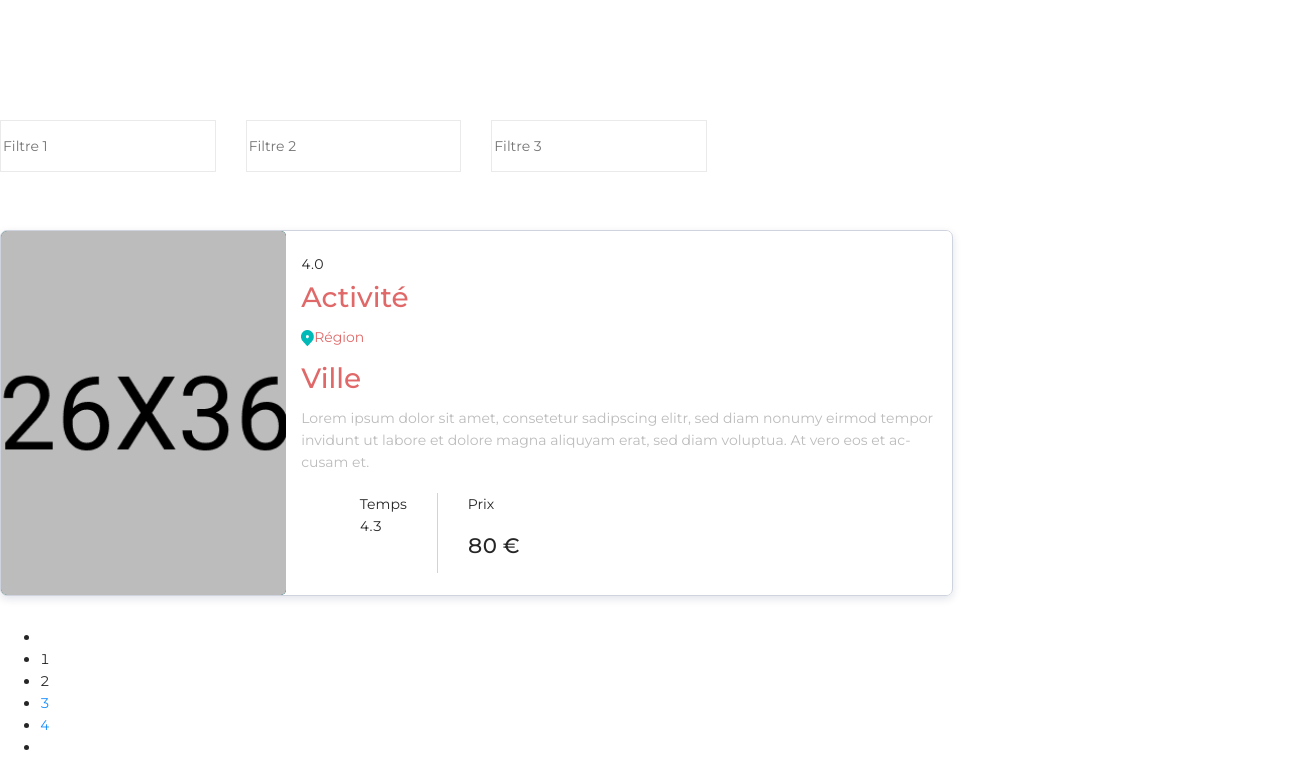
Repository: Emerson1220/projet-neofeel-lacapsule
Page: /roadPlanner (app in reactapp/)
An editor plug-in stored every save of this project. The page is shown before and after the next save, followed by the edit.
The browser window is 1280 px wide. The page is 1295 px wide, so the pictures cover 1295 px, including what lies to the right of the window. The pictures show the whole page.
The project was rebuilt for these pictures with package versions that can differ from the ones it lists, and the page was loaded fresh each time. Also part of the build but not shown: reactapp/src/Nav.js, reactapp/src/ScreenHome.js.

Above is the page before, as saved 2021-05-18 13:46:53.

After the next save:
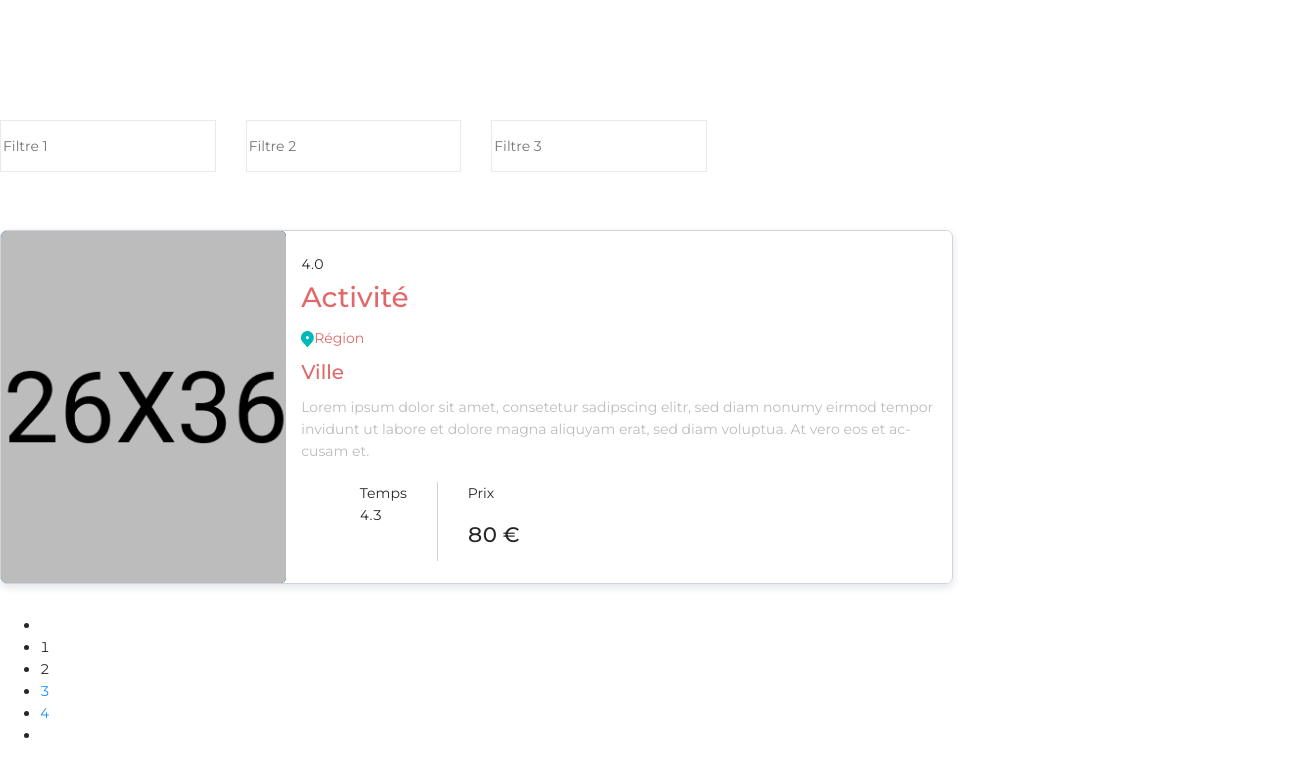
Saved 31 s later.
--- a/reactapp/src/screens/ScreenRoadPlanner.js
+++ b/reactapp/src/screens/ScreenRoadPlanner.js
@@ -54,9 +54,9 @@ function ScreenRoadPlanner() {
                                             <span>4.0</span>
                                         </div>
 
-                                        <h4><Link style={ styles.h3 } to="/">Activité</Link></h4>
+                                        <h3><Link style={ styles.h3 } to="/">Activité</Link></h3>
                                         <p style={{ color: '#e06868', marginleft: '4px', marginBottom: '8px'}}><img src="images/icone-geo.png" alt="map" />Région</p>
-                                        <h4 ><Link style={ styles.h3 }  to="/">Ville</Link></h4>
+                                        <h4 ><Link style={ styles.h4 }  to="/">Ville</Link></h4>
                                         <p style={ styles.card_content } >Lorem ipsum dolor sit amet, consetetur sadipscing elitr, sed diam nonumy eirmod tempor invidunt ut labore et dolore magna aliquyam erat, sed diam voluptua. At vero eos et accusam et.</p>
 
                                         <div style={ styles.liste_price }>
